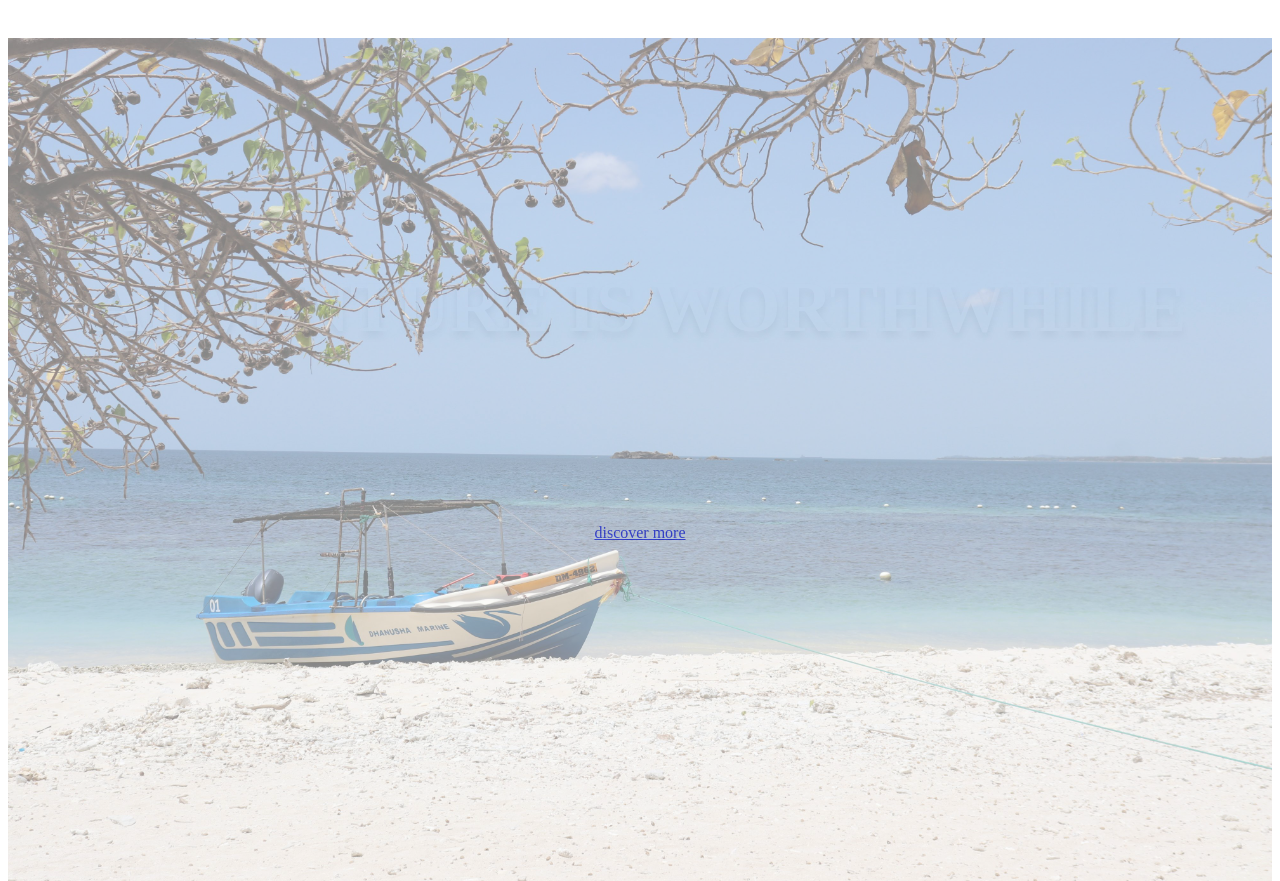
Repository: KasunInd27/Ceylon-Journey
Page: Home/home.html
An editor plug-in stored every save of this project. The page is shown before and after the next save, followed by the edit.
The browser window is 1280 px wide. The pictures show the whole page.

Above is the page before, as saved 2024-10-05 13:34:58.
Console error: SyntaxError: Unexpected token '<'

After the next save:
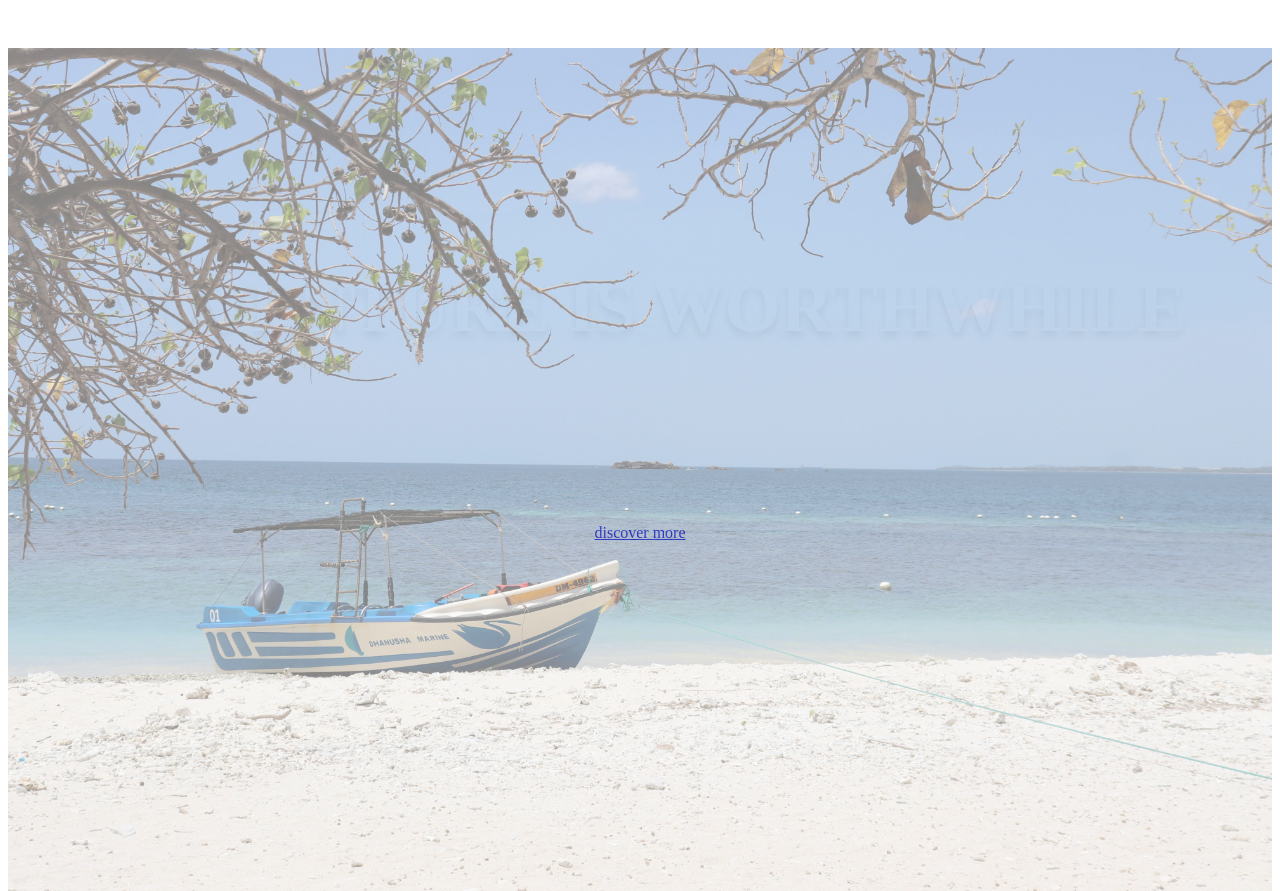
Saved 23 s later.
--- a/Home/CSS/home.css
+++ b/Home/CSS/home.css
@@ -66,7 +66,7 @@
 
 .slide
 {
-    margin-top: -300px;
+    margin-top: -280px;
     background-size:contain;
     background-position:center;
     background-repeat: no-repeat;
